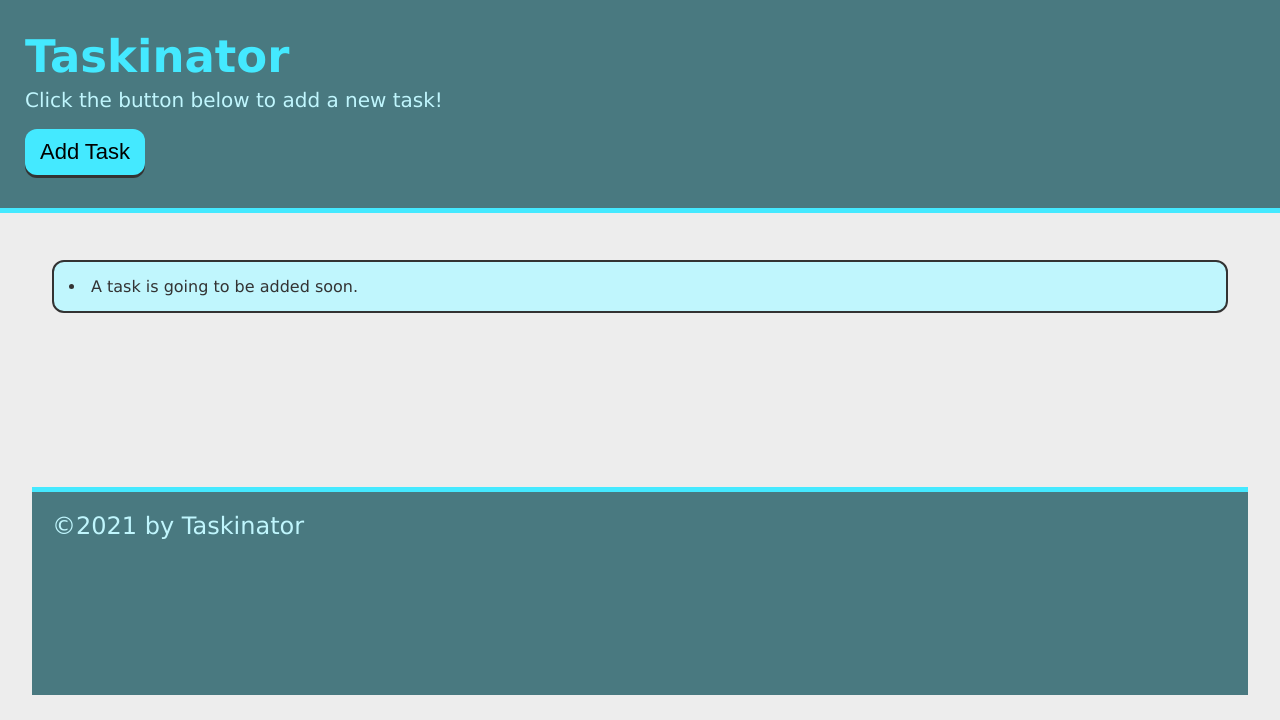
Repository: Naomilounsbury/taskinator
Page: index.html
An editor plug-in stored every save of this project. The page is shown before and after the next save, followed by the edit.
The browser window is 1280 px wide. The pictures show the whole page.
After loading, the first visible `#save-task` was clicked once.

Above is the page before, as saved 2021-11-16 17:58:09.

After the next save:
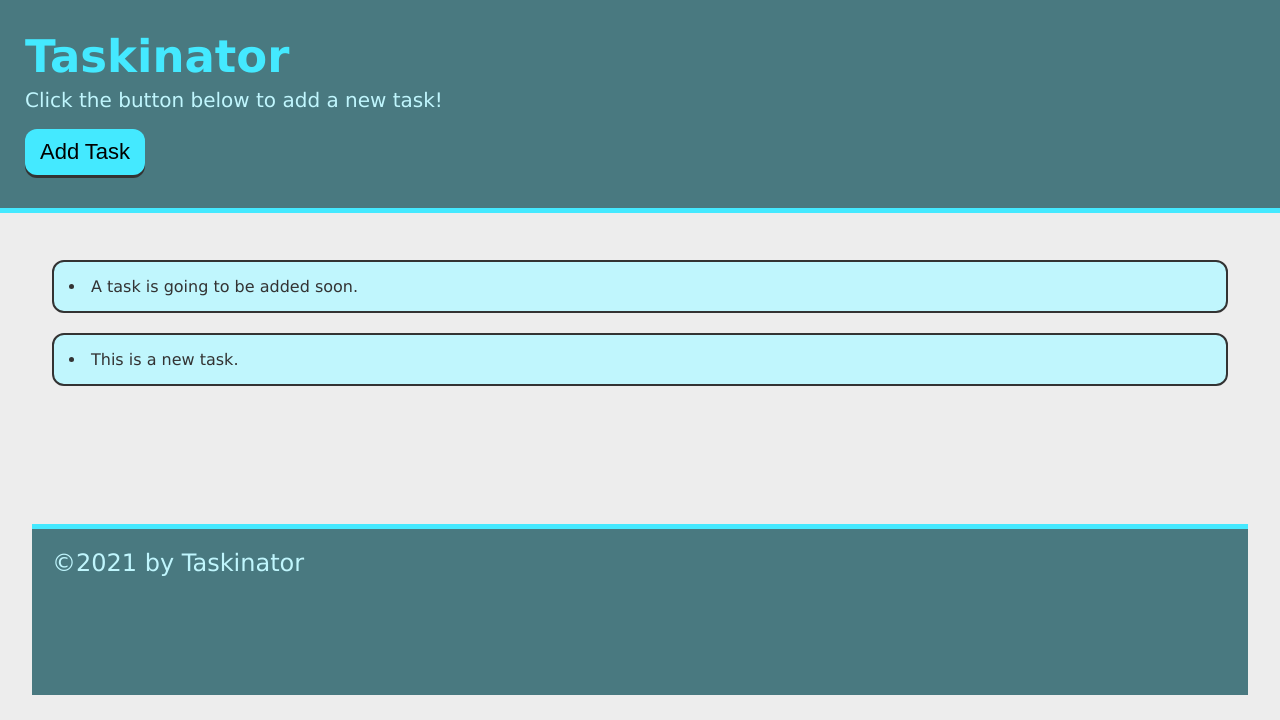
Saved 3 min 17 s later.
--- a/assets/js/script.js
+++ b/assets/js/script.js
@@ -1,5 +1,9 @@
 var buttonEl = document.querySelector("#save-task");
-console.log(buttonEl);
+var tasksToDoEl = document.querySelector("#tasks-to-do");
+
 buttonEl.addEventListener("click", function() {
-    alert("button clicked");
-  });
+  var listItemEl = document.createElement("li");
+  listItemEl.className = "task-item";
+  listItemEl.textContent = "This is a new task.";
+  tasksToDoEl.appendChild(listItemEl);
+});
